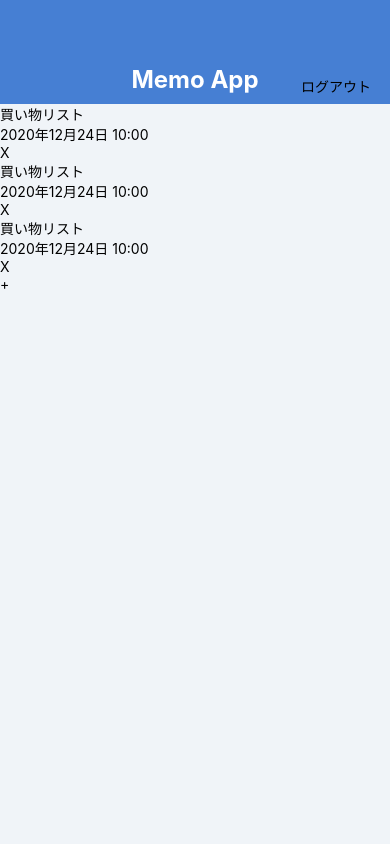
Repository: hirano-step/MemoApp
Screen: /
The author's editor kept a copy of each file at every save. The screen is drawn from the files as they stood at one save, then again after the next save.
The app was drawn by React Native's web renderer in a window 390 px wide. The project was rebuilt for these pictures with package versions that can differ from the ones it lists, and the page was loaded fresh each time.

Above is the screen before, as saved 2023-01-12 11:09:52.

After the next save:
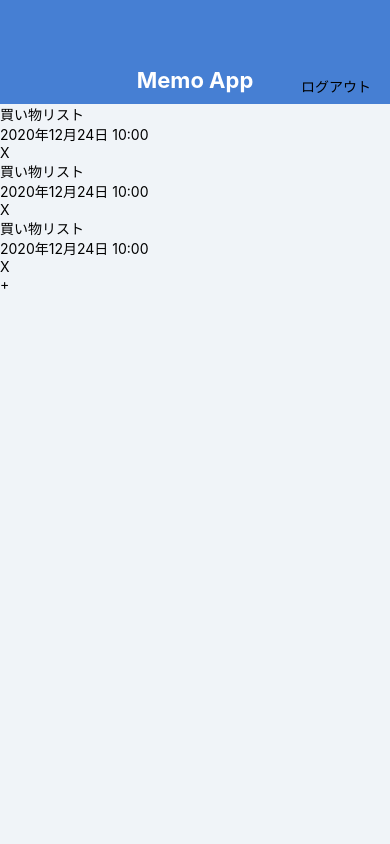
Saved 24 s later.
--- a/App.jsx
+++ b/App.jsx
@@ -71,7 +71,7 @@ const styles = StyleSheet.create({
   },
   appbarTitle: {
     marginBottom: 8,
-    fontSize: 24,
+    fontSize: 22,
     lineHeight: 32,
     color: '#FFFFFF',
     fontWeight: 'bold',
